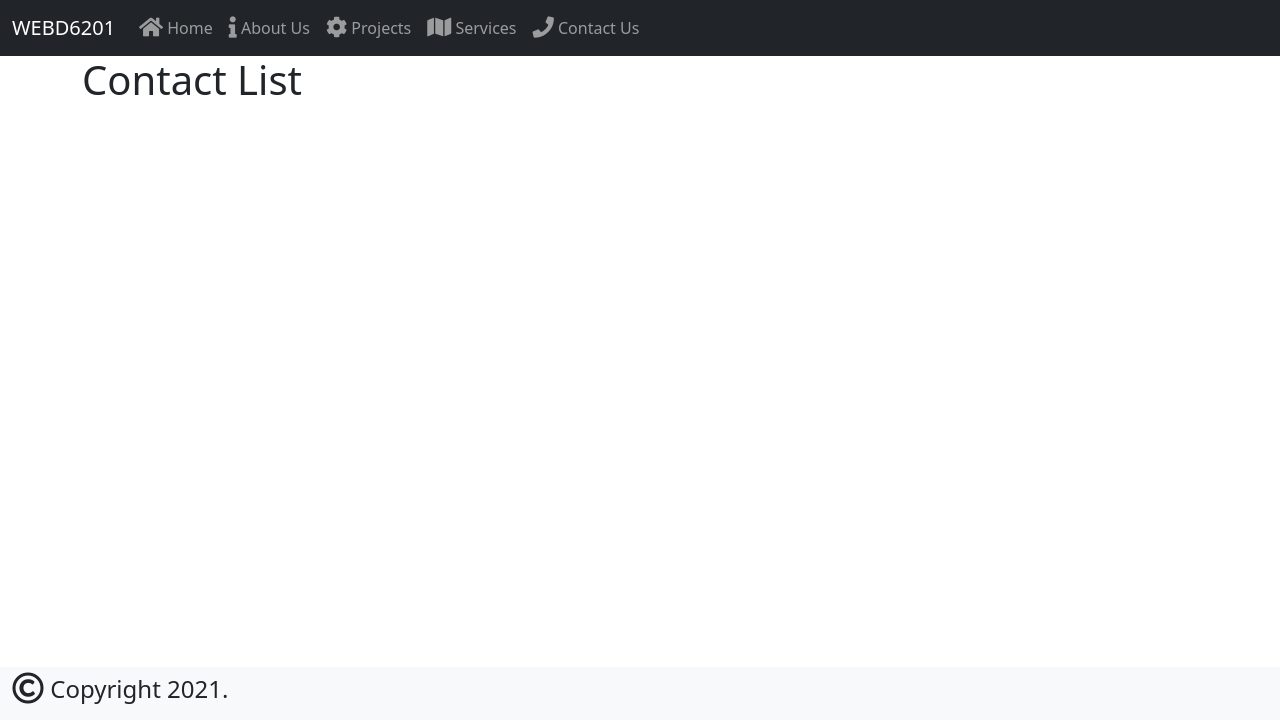
Repository: aphim/Webd6201-wk3
Page: contact-list.html
The author's editor kept a copy of each file at every save. The page is drawn from the files as they stood at one save, then again after the next save.
The browser window is 1280 px wide. The pictures show the whole page.

Above is the page before, as saved 2021-01-28 09:35:55.

After the next save:
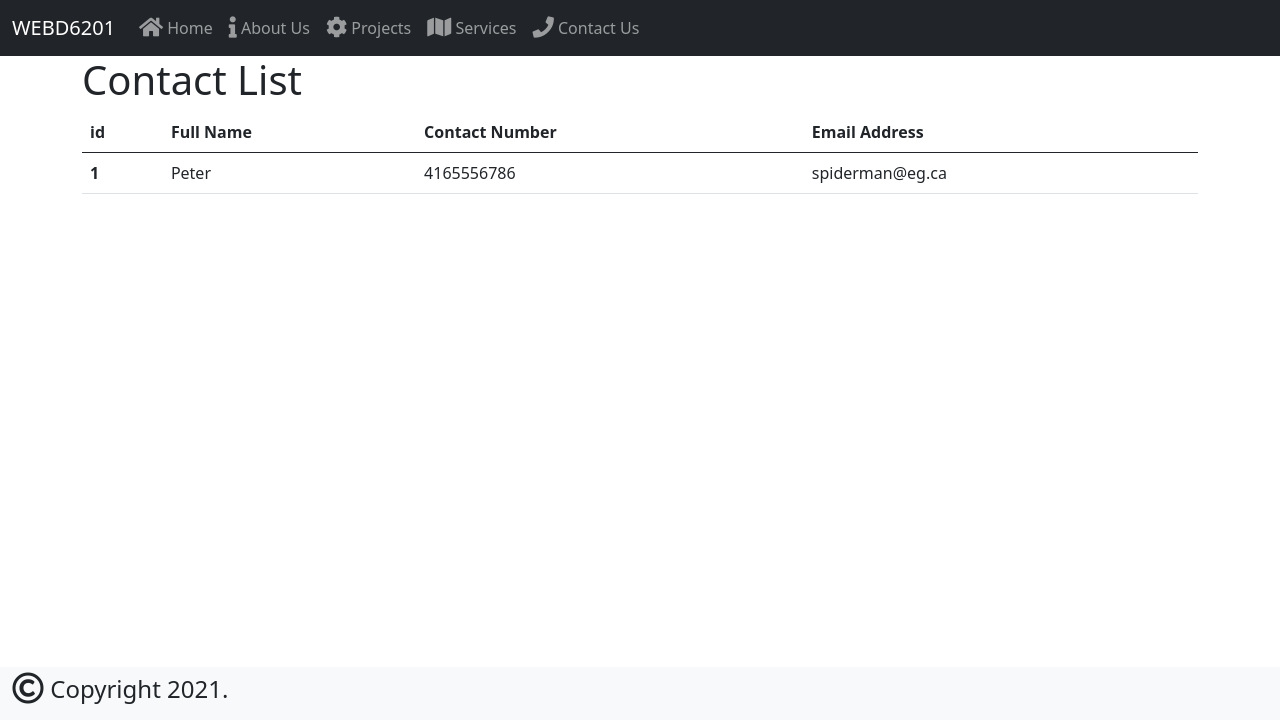
Saved 2 min 57 s later.
--- a/contact-list.html
+++ b/contact-list.html
@@ -49,6 +49,30 @@
 <!--Main Content-->
     <main class="container">
         <h1>Contact List</h1>
+
+        <div class="row">
+          <div class="col">
+            <table class="table">
+              <thead>
+                <tr>
+                  <th scope="col">id</th>
+                  <th scope="col">Full Name</th>
+                  <th scope="col">Contact Number</th>
+                  <th scope="col">Email Address</th>
+                </tr>
+              </thead>
+              <tbody>
+                <tr>
+                  <th scope="row">1</th>
+                  <td>Peter</td>
+                  <td>4165556786</td>
+                  <td>spiderman@eg.ca</td>
+                </tr>
+
+              </tbody>
+            </table>
+          </div>
+        </div>
     </main>
 
     <!-- Main footer-->
